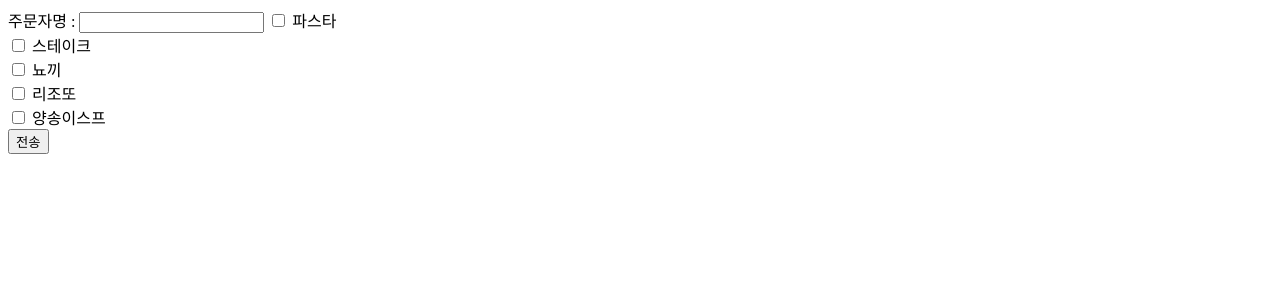
Repository: saeeeem2/2023JSTL
Page: http://localhost/jstl_study/step-5.jsp
An editor plug-in stored every save of this project. The page is shown before and after the next save, followed by the edit.
The browser window is 1280 px wide. The pictures show the whole page.
The page is served by Tomcat 9. Other server files are loaded and not shown.

Above is the page before, as saved 2023-11-23 00:32:11.

### jstl_study/src/main/webapp/step-5.jsp
<%@ page language="java" contentType="text/html; charset=UTF-8"
    pageEncoding="UTF-8"%>
<!DOCTYPE html>
<html>
<head>
<meta charset="UTF-8">
<title>Insert title here</title>
</head>
<body>
	<!-- 메뉴판을 체크박스 형태로 만들어 step-6으로 전송 -->
	<!-- step-6에서 주문자명 어떤 메뉴를 주문했는지 출력 -->
	<form action="step-6.jsp">
		주문자명 : <input type="text" name="name">
		<input type="checkbox"> 파스타<br>
		<input type="checkbox"> 스테이크<br>
		<input type="checkbox"> 뇨끼<br>
		<input type="checkbox"> 리조또<br>
		<input type="checkbox"> 양송이스프<br>
		<button type="submit">전송</button>
	</form>



</body>
</html>

After the next save:
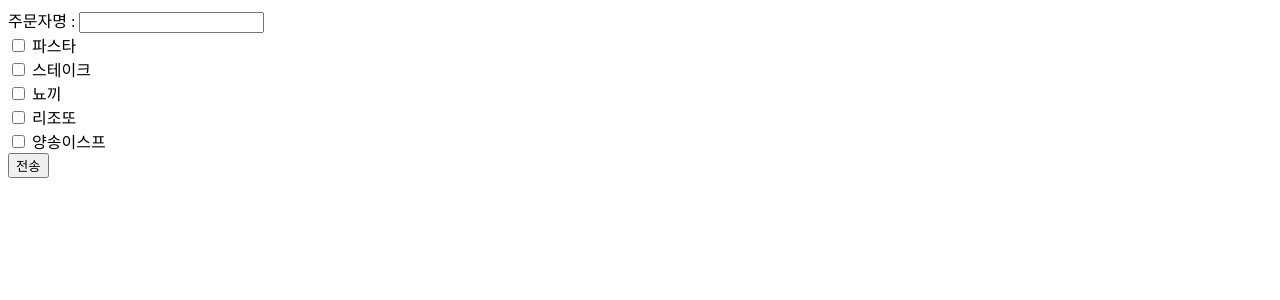
Saved 18 s later.
--- a/jstl_study/src/main/webapp/step-5.jsp
+++ b/jstl_study/src/main/webapp/step-5.jsp
@@ -10,7 +10,7 @@
 	<!-- 메뉴판을 체크박스 형태로 만들어 step-6으로 전송 -->
 	<!-- step-6에서 주문자명 어떤 메뉴를 주문했는지 출력 -->
 	<form action="step-6.jsp">
-		주문자명 : <input type="text" name="name">
+		주문자명 : <input type="text" name="name"> <br>
 		<input type="checkbox"> 파스타<br>
 		<input type="checkbox"> 스테이크<br>
 		<input type="checkbox"> 뇨끼<br>
